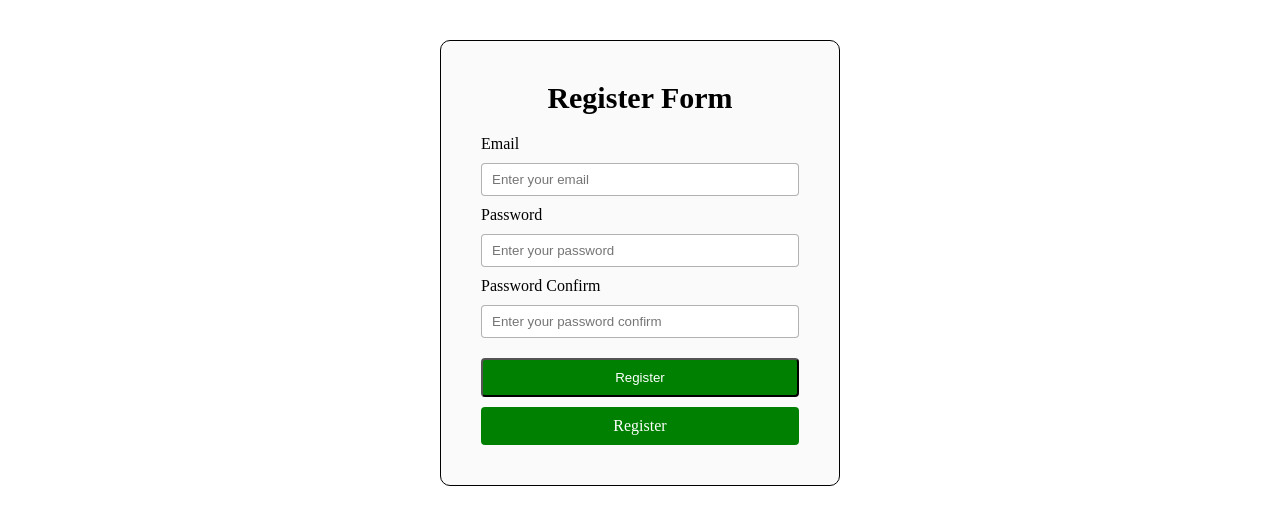
Repository: nptg3105/Register-form
Page: index.html
These files come from the project's save history. The page is drawn as it stood at one moment and after the next save; the edit follows.
The browser window is 1280 px wide. The pictures show the whole page.
Some web libraries are served in a nearby version.

Above is the page before, as saved 2022-01-05 22:01:20.

### index.html
<!DOCTYPE html>
<html lang="en">
  <head>
    <meta charset="UTF-8" />
    <meta http-equiv="X-UA-Compatible" content="IE=edge" />
    <meta name="viewport" content="width=device-width, initial-scale=1.0" />
    <title>Document</title>
    <link rel="stylesheet" href="style.css" />
  </head>
  <body>
    <div id="register-form"></div>

    <script
      src="https://unpkg.com/react@17/umd/react.production.min.js"
      crossorigin
    ></script>
    <script
      src="https://unpkg.com/react-dom@17/umd/react-dom.production.min.js"
      crossorigin
    ></script>
    <script src="https://unpkg.com/babel-standalone@6/babel.min.js"></script>
    <script type="text/babel" src="main.js"></script>
  </body>
</html>

### style.css
* {
  box-sizing: border-box;
  margin: 0;
  padding: 0;
}
.register {
  background-color: #fafafa;
  max-width: 400px;
  margin: 40px auto;
  padding: 40px;
  border: 1px solid #000;
  border-radius: 10px;
}
.title {
  text-align: center;
  font-weight: bold;
  font-size: 30px;
  margin-bottom: 20px;
}
#email,
#password,
#password-confirm {
  margin: 10px 0;
  width: 100%;
  padding: 8px 50px 8px 10px;
  border-radius: 4px;
  border: 1px solid rgba(0, 0, 0, 0.3);
}
.btn {
  text-decoration: none;
  background-color: #008000;
  text-align: center;
  color: white;
  width: 100%;
  display: block;
  padding: 10px 0;
  margin-top: 10px;
  border-radius: 4px;
}

### main.js
const registerForm = document.querySelector("#register-form");
const form = (
  <div className="register">
    <h2 className="title">Register Form</h2>
    <form>
      <label for="email">Email</label>
      <br />
      <input
        placeholder="Enter your email"
        type="email"
        id="email"
        name="mail"
      />
      <br />
      <label for="password">Password</label>
      <br />
      <input
        placeholder="Enter your password"
        type="password"
        id="password"
        name="pass"
      />
      <br />
      <label for="password-confirm">Password Confirm</label>
      <br />
      <input
        placeholder="Enter your password confirm"
        type="password"
        id="password-confirm"
        name="pass-confirm"
      />
      <input type="submit" value="Register" className="btn" />
    </form>
    <a href="#" className="btn">
      Register
    </a>
  </div>
);
ReactDOM.render(form, registerForm);

After the next save:
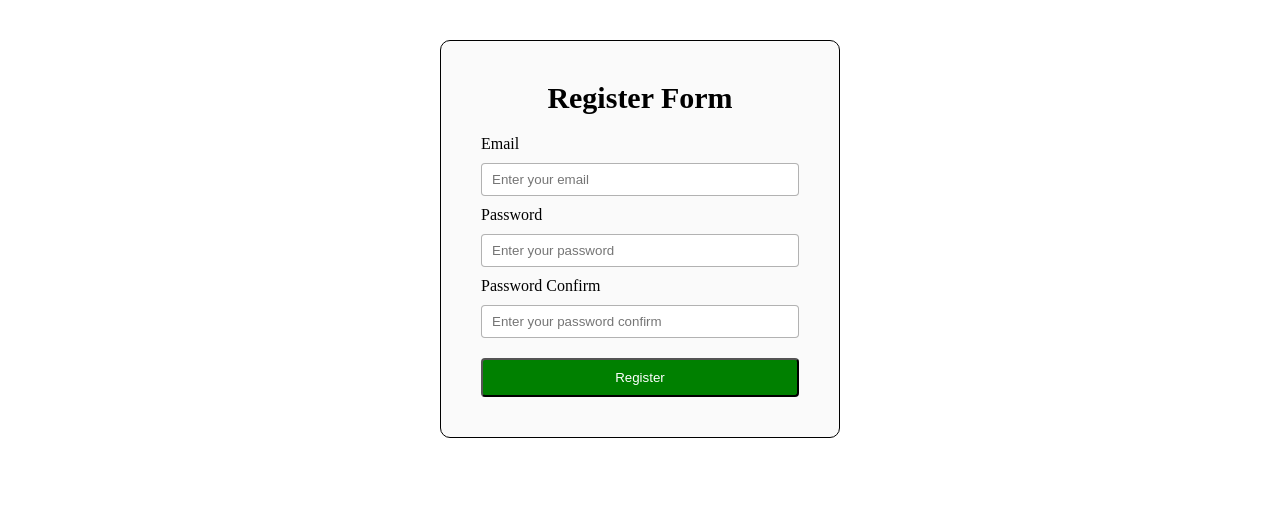
Saved 6 s later.
--- a/main.js
+++ b/main.js
@@ -31,9 +31,6 @@ const form = (
       />
       <input type="submit" value="Register" className="btn" />
     </form>
-    <a href="#" className="btn">
-      Register
-    </a>
   </div>
 );
 ReactDOM.render(form, registerForm);
